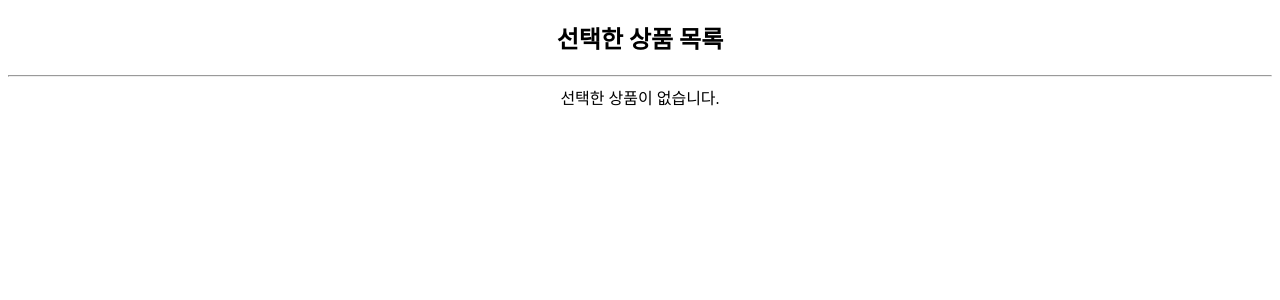
Repository: papav-hub/Web_Study
Page: http://localhost/jspbook/ch06_shopping/checkOut.jsp
These files come from the project's save history. The page is drawn as it stood at one moment and after the next save; the edit follows.
The browser window is 1280 px wide. The pictures show the whole page.
The page is served by Tomcat 9.

Above is the page before, as saved 2021-10-07 01:24:58.

After the next save:
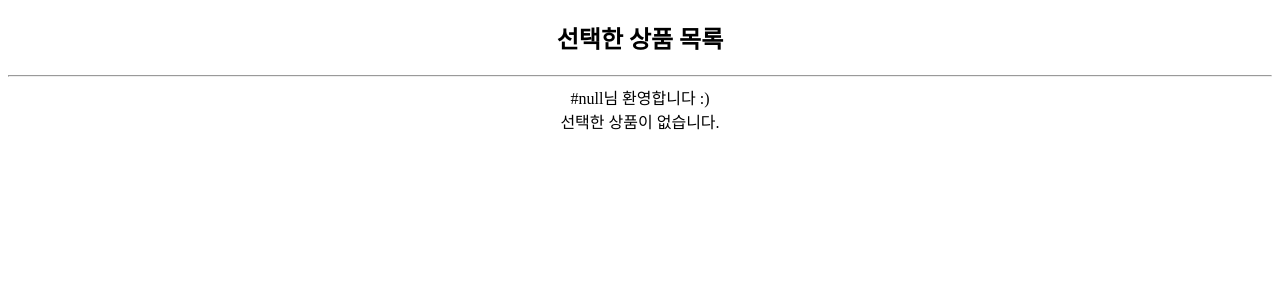
Saved 5 min 13 s later.
--- a/jspbook/src/main/webapp/ch06_shopping/checkOut.jsp
+++ b/jspbook/src/main/webapp/ch06_shopping/checkOut.jsp
@@ -13,6 +13,7 @@
 	<div align="center">
 		<H2> 선택한 상품 목록 </H2>
 		<HR>
+		#<%=session.getAttribute("login") %>님 환영합니다 :) <BR>
 
 		<%
 			ArrayList<String> list = (ArrayList<String>)session.getAttribute("productlist");
